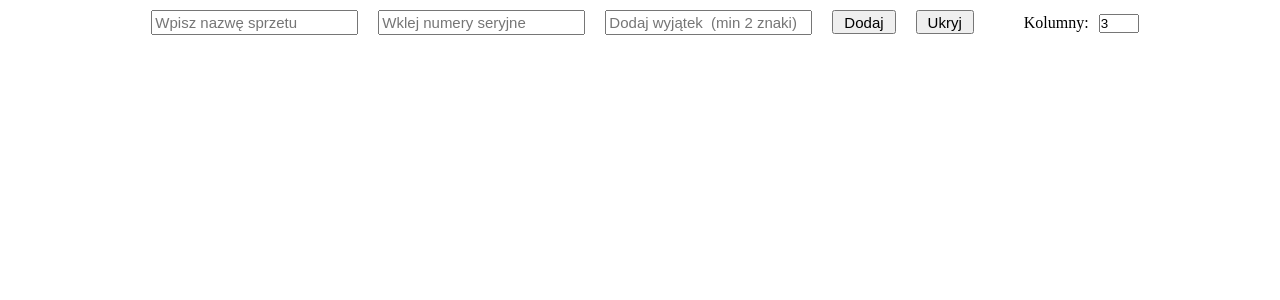
Repository: sypekk/codes-printer
Page: /
An editor plug-in stored every save of this project. The page is shown before and after the next save, followed by the edit.
The browser window is 1280 px wide. The pictures show the whole page.
Some web fonts or font styles are not loaded; a fallback is used. The project was rebuilt for these pictures with package versions that can differ from the ones it lists, and the page was loaded fresh each time. Also part of the build but not shown: src/components/Name/Name.js, src/components/Serial/Serial.js, src/components/Table/Table.js.

Above is the page before, as saved 2019-05-03 18:11:39.

### public/index.html
<!DOCTYPE html>
<html lang="pl">

<head>
  <meta charset="utf-8">
  <link rel="shortcut icon" href="%PUBLIC_URL%/favicon.ico">
  <meta name="viewport" content="width=device-width, initial-scale=1, shrink-to-fit=no">
  <meta name="theme-color" content="#000000">
  <link rel="manifest" href="%PUBLIC_URL%/manifest.json">
  <title>Generator Kodów</title>
</head>

<body>
  <div id="root"></div>
</body>

</html>

### src/App.js
import React, { Component } from 'react';
import './App.css';
import Inputer from './components/Inputer/Inputer';
import styled, { createGlobalStyle } from 'styled-components';
import Table from './components/Table/Table';

const GlobalStyle = createGlobalStyle`
    @import url('https://fonts.googleapis.com/css?family=Libre+Barcode+39+Text');

* {
  margin: 0;
  padding: 0;
  box-sizing: border-box;
}
`;

const Containter = styled('div')`
    display: grid;
    grid-template-columns: repeat(${(props) => props.number}, 1fr);
    grid-template-rows: repeat(auto - fill, 1fr);
`

class App extends Component {
  state = ({
    text: '',
    list: [],
    off: false,
    title: '',
    columns: 3,
    exceptions: '',
  })

  handleButtonAdd = () => {
    const text = this.state.text;
    const title = this.state.title;

    const exceptions = this.state.exceptions;
    let newString = '';
    if (exceptions.length > 1) {
      const zonk = exceptions.slice(0, exceptions.length - 1);
      newString = text.replace(new RegExp(exceptions, 'gi'), `${zonk}ZONKZONKZONK`);
    } else {
      newString = text;
    }

    const split = newString.split(' ');
    split.forEach(items => {
      const tmp = items.split('\t');
      const item = {
        title: title,
        serials: tmp,
      }
      this.setState(prevState => ({
        list: [...prevState.list, item]
      }))
    })
    this.setState({
      text: '',
      title: '',
    })
  }

  handleButtonHide = () => {
    this.setState({
      off: true,
    })
  }

  handleChange = (e) => {
    this.setState({
      [e.target.name]: e.target.value,
    })
  }

  render() {
    return (
      <>
        {!this.state.off ? <Inputer
          {...this.state}
          changeFn={this.handleChange}
          hideFn={this.handleButtonHide}
          addFn={this.handleButtonAdd}
        /> : null}
        <Containter number={this.state.columns}>
          {this.state.list.length > 0 && <Table list={this.state.list} />}
        </Containter>
      </>
    );
  }
}

export default App;

### src/App.css
/* @import url('https://fonts.googleapis.com/css?family=Libre+Barcode+39+Extended+Text'); */
@import url('https://fonts.googleapis.com/css?family=Libre+Barcode+39+Text');

* {
  margin: 0;
  padding: 0;
  box-sizing: border-box;
}

### src/components/Inputer/Inputer.js
import React from 'react';
import styled from 'styled-components';
import Button from './../Button/Button';


const StyledNumberInput = styled.input`
  width: 40px;
  margin-left: 10px;
`

const StyledInput = styled.input`
  font-size: 15px;
  padding: 2px;
  margin: 0px 10px;
`;

const Wrapper = styled.div`
  text-align: center;
`;

const StyledLabel = styled.label`
  margin-left: 40px;
`;


const Inputer = ({ changeFn, hideFn, addFn, exceptions, text, title, columns, ...props }) => (
  <Wrapper disabled={props.off ? true : false} >
    <StyledInput placeholder='Wpisz nazwę sprzetu' name='title' onChange={changeFn} value={title} />
    <StyledInput placeholder='Wklej numery seryjne' name='text' type="text" onChange={changeFn} value={text} />
    <StyledInput placeholder='Dodaj wyjątek  (min 2 znaki)' name='exceptions' onChange={changeFn} value={exceptions} />
    <Button fn={addFn}>Dodaj</Button>
    <Button fn={hideFn}>Ukryj</Button>
    <StyledLabel>
      Kolumny:
      <StyledNumberInput type='number' min='2' max='9' name='columns' onChange={changeFn} value={columns} />
    </StyledLabel>

  </Wrapper>
)

export default Inputer;

### src/components/Button/Button.js
import React from 'react';
import styled from 'styled-components';

const StyledButton = styled.button`
  font-size: 15px;
  min-width: 50px;
  height: 24px;
  cursor: pointer;
  margin: 10px;
  padding: 0 10px;
`;

const Button = ({ children, fn, ...props }) => (
  <StyledButton onClick={fn}>
    {children}
  </StyledButton>
)

export default Button;

Loaded but not shown: src/index.js (common file)

After the next save:
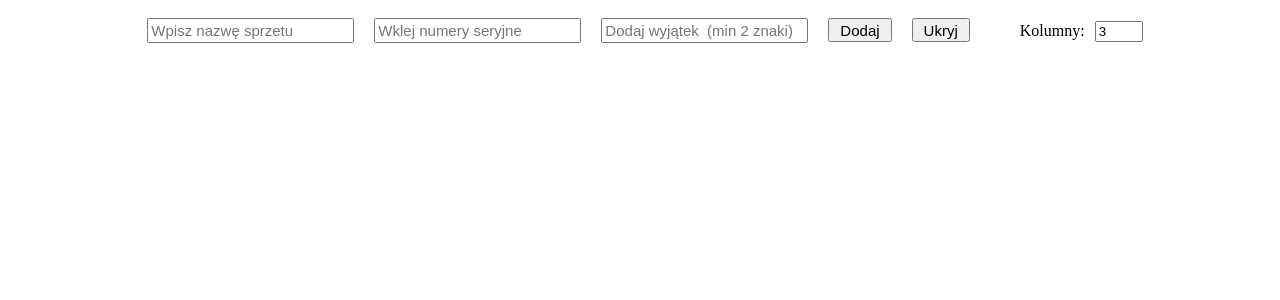
Saved 6 s later.
--- a/src/App.css
+++ b/src/App.css
@@ -1,8 +1,8 @@
 /* @import url('https://fonts.googleapis.com/css?family=Libre+Barcode+39+Extended+Text'); */
-@import url('https://fonts.googleapis.com/css?family=Libre+Barcode+39+Text');
+/* @import url('https://fonts.googleapis.com/css?family=Libre+Barcode+39+Text');
 
 * {
   margin: 0;
   padding: 0;
   box-sizing: border-box;
-}
+} */
